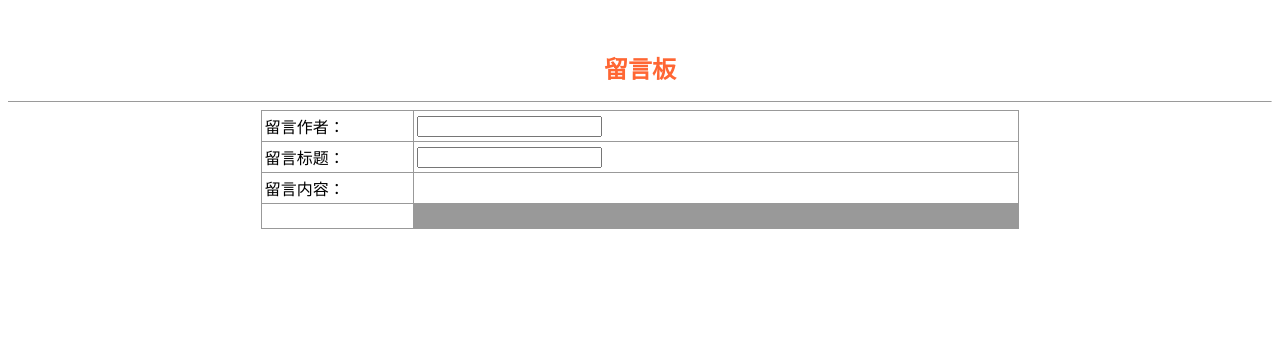
Repository: frankstar007/java
Page: http://localhost/CommentBoard/comment1.jsp
The author's editor kept a copy of each file at every save. The page is drawn from the files as they stood at one save, then again after the next save.
The browser window is 1280 px wide. The pictures show the whole page.
The page is served by Tomcat 9.

Above is the page before, as saved 2016-05-12 09:01:22.

After the next save:
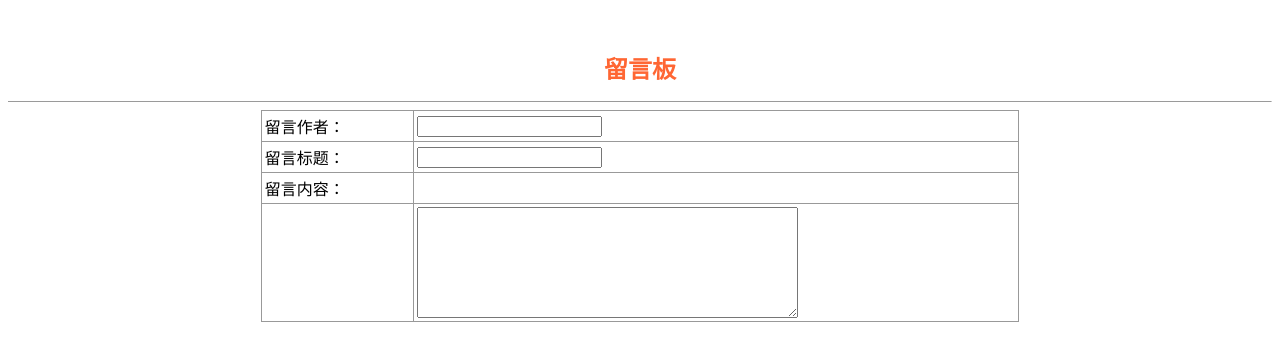
Saved 42 s later.
--- a/CommentBoard/WebContent/comment1.jsp
+++ b/CommentBoard/WebContent/comment1.jsp
@@ -39,6 +39,8 @@
 			</tr>
 			<tr bgcolor="#FFFFFF">
 				<td width="20%">&nbsp;</td>
+				<td width="80%">
+					<textarea rows="7" cols="45"></textarea>
 		</table>
 
 	</form>
